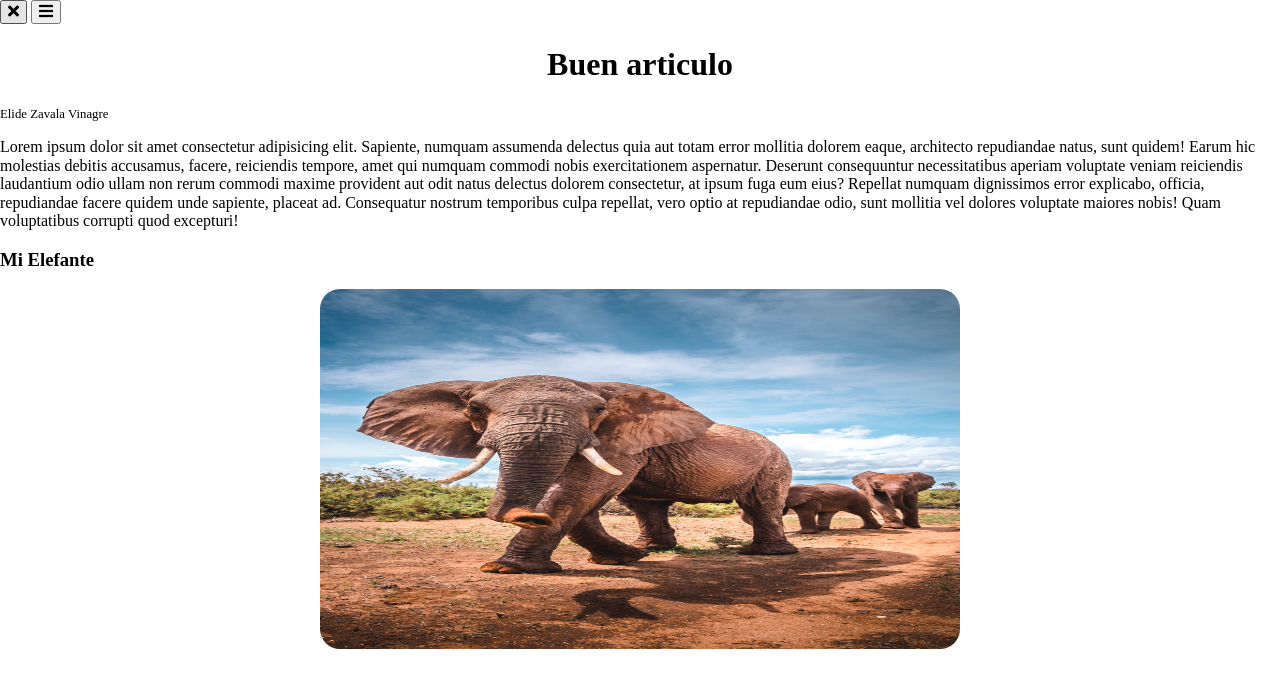
Repository: ElideZavala/Navagacion-en-rotacion
Page: index.html
These files come from the project's save history. The page is drawn as it stood at one moment and after the next save; the edit follows.
The browser window is 1280 px wide. The pictures show the whole page.

Above is the page before, as saved 2021-05-29 08:03:58.

### index.html
<!DOCTYPE html>
<html lang="en">
<head>
	<meta charset="UTF-8">
	<meta http-equiv="X-UA-Compatible" content="IE=edge">
	<meta name="viewport" content="width=device-width, initial-scale=1.0">
	<link rel="stylesheet" href="https://cdnjs.cloudflare.com/ajax/libs/font-awesome/5.15.3/css/all.min.css" integrity="sha512-iBBXm8fW90+nuLcSKlbmrPcLa0OT92xO1BIsZ+ywDWZCvqsWgccV3gFoRBv0z+8dLJgyAHIhR35VZc2oM/gI1w==" crossorigin="anonymous" referrerpolicy="no-referrer" />
	<link rel="stylesheet" href="style.css">
	<link rel="stylesheet" href="normalize.css">
	<title>Navegación Giratoria</title>
</head>
<body>
	<div class="container">
		<div class="circle-container">
			<div class="circle">
				<button id="close">
					<i class="fas fa-times"></i>
				</button>
				<button id="open">
					<i class="fas fa-bars"></i>
				</button>
			</div>
		</div>

		<div class="content">
			<h1 class="title">Buen articulo</h1>
			<small>Elide Zavala Vinagre</small>
			<p>Lorem ipsum dolor sit amet consectetur adipisicing elit. Sapiente, numquam assumenda delectus quia aut totam error mollitia dolorem eaque, architecto repudiandae natus, sunt quidem! Earum hic molestias debitis accusamus, facere, reiciendis tempore, amet qui numquam commodi nobis exercitationem aspernatur. Deserunt consequuntur necessitatibus aperiam voluptate veniam reiciendis laudantium odio ullam non rerum commodi maxime provident aut odit natus delectus dolorem consectetur, at ipsum fuga eum eius? Repellat numquam dignissimos error explicabo, officia, repudiandae facere quidem unde sapiente, placeat ad. Consequatur nostrum temporibus culpa repellat, vero optio at repudiandae odio, sunt mollitia vel dolores voluptate maiores nobis! Quam voluptatibus corrupti quod excepturi!</p>

			<h3>Mi Elefante</h3>
			<img class="img" src="./Elefante.jpg" alt="" srcset="">
		</div>
	</div>



	<script src="./script.js"></script>
</body>
</html>

### style.css
body{
	box-sizing: border-box;
}

.title {
	text-align: center;
}

.img{
	width: 50vw;
	height: 50vh;
	display: flex;
	margin: auto;
	border-radius: 20px;
}

Loaded but not shown: normalize.css (library); script.js (no stored copy; drawn as an empty file)

After the next save:
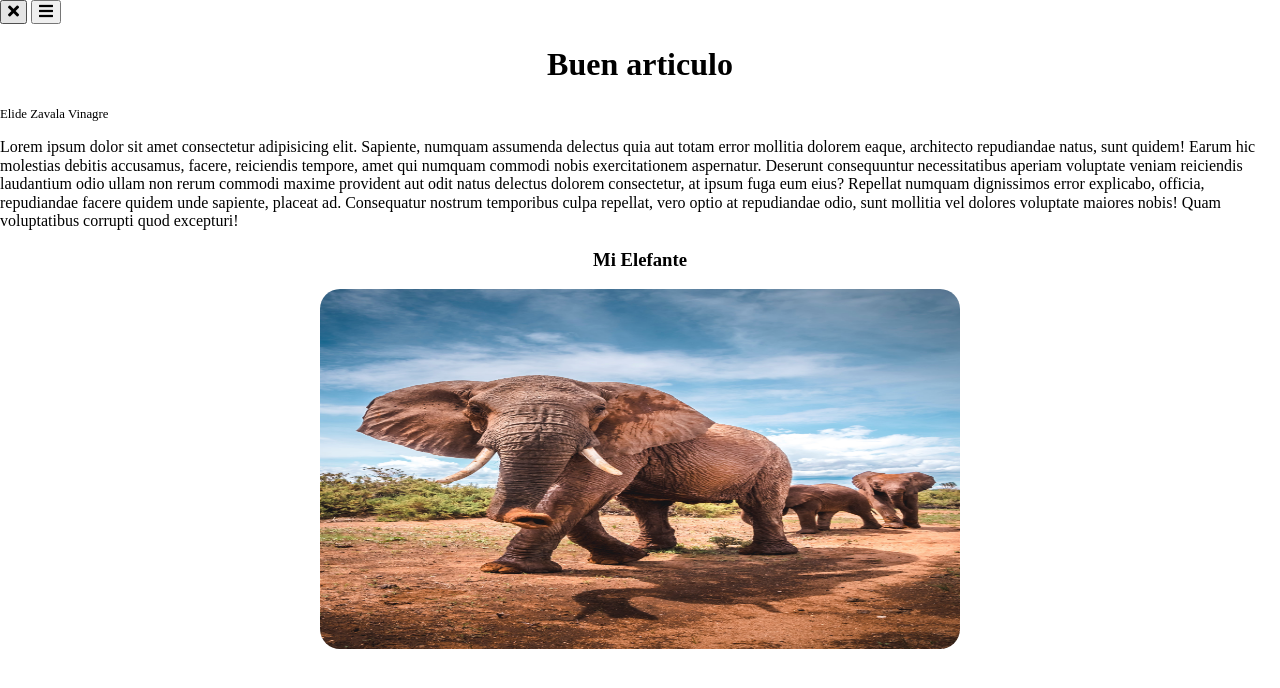
Saved 52 s later.
--- a/index.html
+++ b/index.html
@@ -27,7 +27,7 @@
 			<small>Elide Zavala Vinagre</small>
 			<p>Lorem ipsum dolor sit amet consectetur adipisicing elit. Sapiente, numquam assumenda delectus quia aut totam error mollitia dolorem eaque, architecto repudiandae natus, sunt quidem! Earum hic molestias debitis accusamus, facere, reiciendis tempore, amet qui numquam commodi nobis exercitationem aspernatur. Deserunt consequuntur necessitatibus aperiam voluptate veniam reiciendis laudantium odio ullam non rerum commodi maxime provident aut odit natus delectus dolorem consectetur, at ipsum fuga eum eius? Repellat numquam dignissimos error explicabo, officia, repudiandae facere quidem unde sapiente, placeat ad. Consequatur nostrum temporibus culpa repellat, vero optio at repudiandae odio, sunt mollitia vel dolores voluptate maiores nobis! Quam voluptatibus corrupti quod excepturi!</p>
 
-			<h3>Mi Elefante</h3>
+			<h3 class="title">Mi Elefante</h3>
 			<img class="img" src="./Elefante.jpg" alt="" srcset="">
 		</div>
 	</div>
